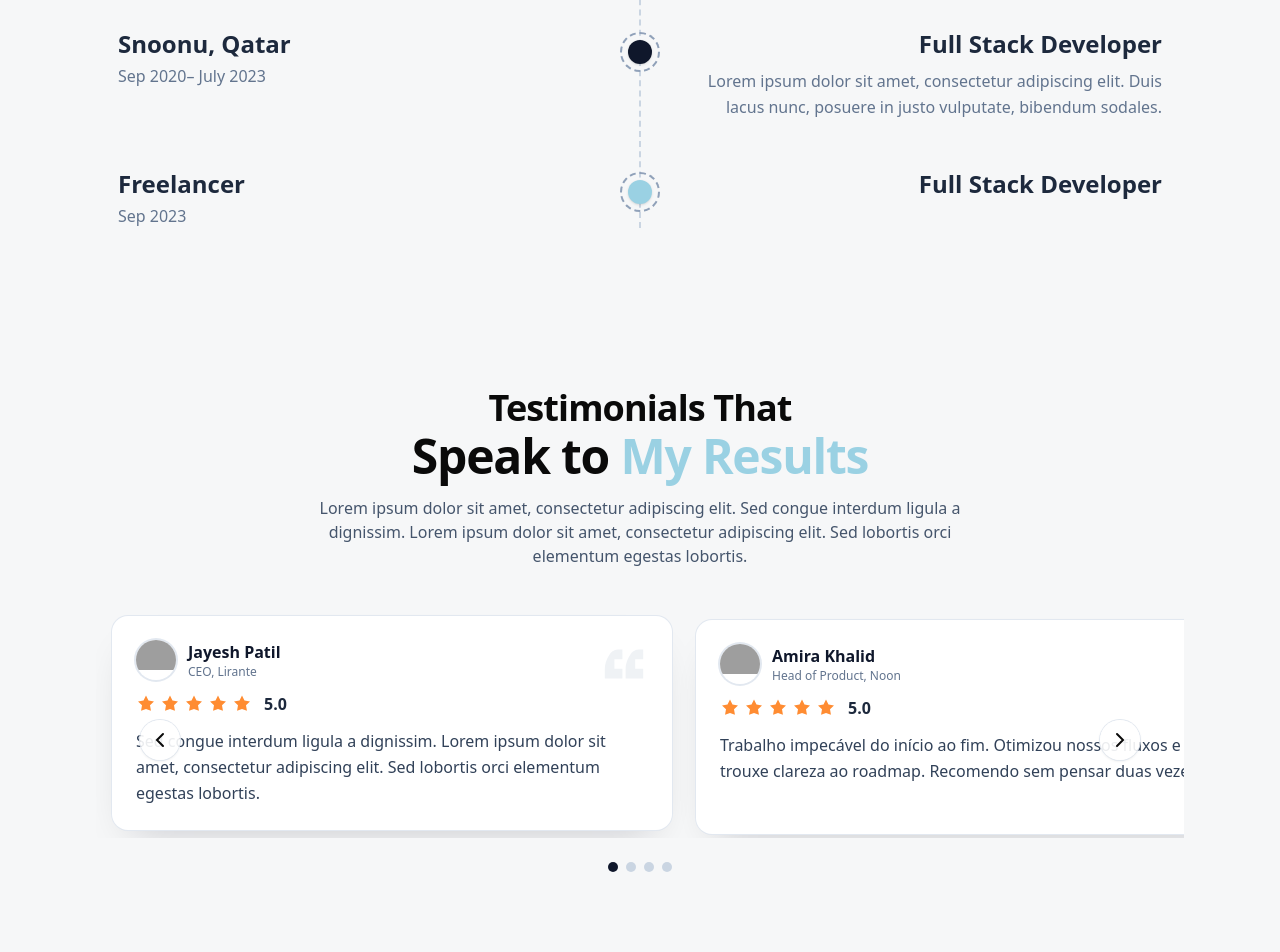
Repository: nina-rebello/portfolio
Page: /
The author's editor kept a copy of each file at every save. The page is drawn from the files as they stood at one save, then again after a run of saves.
The browser window is 1280 px wide. The pictures show the part of the page from y = 2385 to 3337 px (the page is 3337 px tall).
Pictures or frames that could not be fetched are drawn as grey boxes. The project was rebuilt for these pictures with package versions that can differ from the ones it lists, and the page was loaded fresh each time. Some packages were replaced by stand-ins written for this rebuild. The framework's server and built-in components were replaced by stand-ins that run in the browser. Also part of the build but not shown: next.config.ts.

Above is the page before, as saved 2025-09-11 19:03:45.

After the next 3 saves:
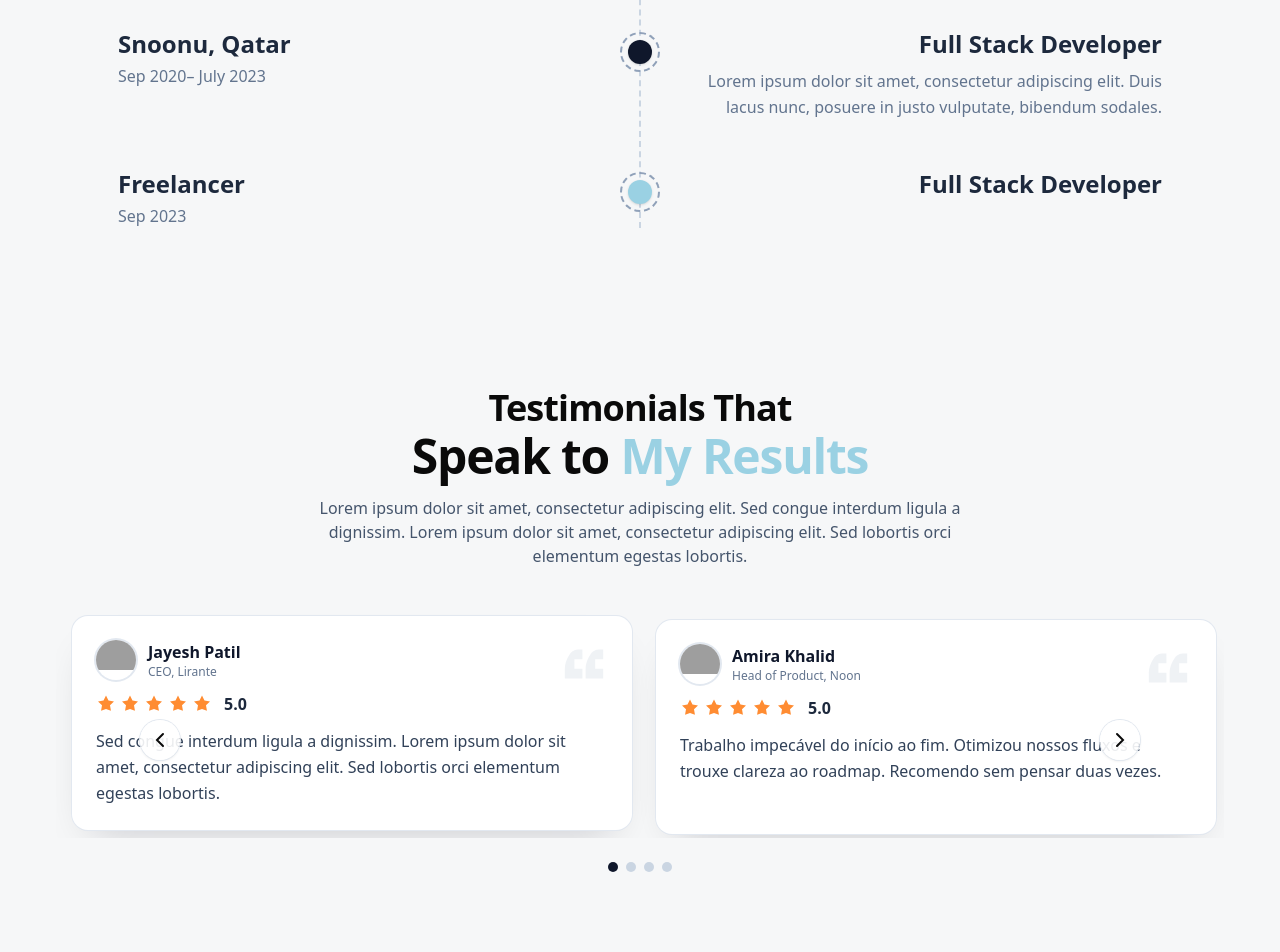
The 3 saves are shown as one change because they came seconds apart.
The last was saved 10 s later.
--- a/components/sections/Testimonials.tsx
+++ b/components/sections/Testimonials.tsx
@@ -174,7 +174,7 @@ export default function Testimonials() {
           {/* scroller */}
           <div
             ref={trackRef}
-            className="no-scrollbar relative -mx-14 flex snap-x snap-mandatory scroll-pl-4 gap-6 overflow-x-auto px-4 py-2"
+            className="no-scrollbar relative -mx-24 flex snap-x snap-mandatory scroll-pl-4 gap-6 overflow-x-auto px-4 py-2"
           >
             {DATA.map((t, i) => (
               <div
